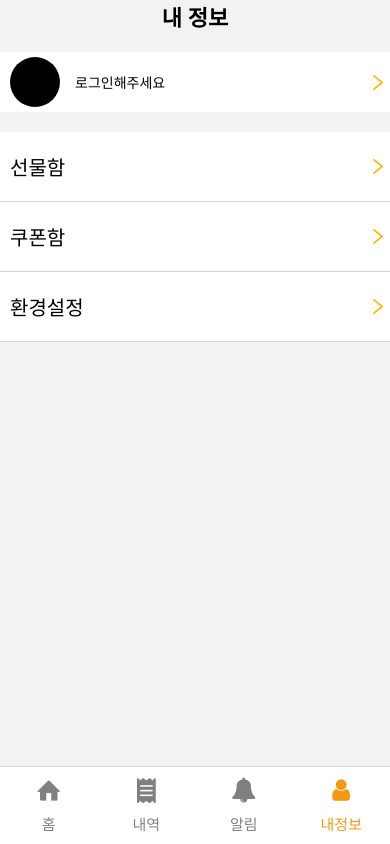
Repository: Unique0902/GachiDutch
Screen: /User
These files come from the project's save history. The screen is drawn as it stood at one moment and after the next save; the edit follows.
The app was drawn by React Native's web renderer in a window 390 px wide. The project was rebuilt for these pictures with package versions that can differ from the ones it lists, and the page was loaded fresh each time. Some packages were replaced by stand-ins written for this rebuild. Also part of the build but not shown: sources/components/lowBar/lowBar.jsx, sources/components/taxi/taxi.jsx, sources/components/alarm/alert.js, sources/components/alarm/alarm.jsx, sources/components/dutch_history/dutch_history.jsx, sources/components/dutchpay_historys/dutchpay_historys.jsx, sources/components/delivery_historys/delivery_historys.jsx, sources/components/taxi_historys/taxi_historys.jsx and 3 more.

Above is the screen before, as saved 2022-11-11 16:58:17.

### App.js
import React from 'react';
import { StyleSheet, Text, View, Image } from 'react-native';
import Home from './sources/components/home/home';
import { NavigationContainer } from '@react-navigation/native';
import { createNativeStackNavigator } from '@react-navigation/native-stack';
import Taxi from './sources/components/taxi/taxi';
import Main from './sources/routes/main/main';
import Login from './sources/routes/login/login';
import HttpClient from './sources/network/http.js';
import ReceiptService from './sources/services/receipt.js';
import Ready from './sources/components/ready/ready';

const Stack = createNativeStackNavigator();
const baseURL = 'https://dutch-server.herokuapp.com';
const httpClient = new HttpClient(baseURL);
const receiptService = new ReceiptService(baseURL);

export default function App() {
  return (
    <>
      <NavigationContainer>
        <Stack.Navigator screenOptions={{ headerShown: false }}>
          <Stack.Screen
            name='Main'
            children={({ navigation, route }) => (
              <Main
                receiptService={receiptService}
                navigation={navigation}
                route={route}
              />
            )}
          />
          <Stack.Screen name='Taxi' component={Taxi} />
          <Stack.Screen name='Login' component={Login} />
          <Stack.Screen name='Ready' component={Ready} />
        </Stack.Navigator>
      </NavigationContainer>
    </>
  );
}

const styles = StyleSheet.create({
  header: {
    flexDirection: 'row',
    alignItems: 'center',
    justifyContent: 'space-between',
    margin: 25,
  },
  main: {},
  container: {
    flex: 1,
    backgroundColor: '#fff',
    alignItems: 'center',
    justifyContent: 'center',
  },
  logo: {
    width: 150,
    height: 30,
  },
});

### sources/components/home/home.jsx
import React, { useRef, useState, useEffect } from 'react';
import {
  StyleSheet,
  Text,
  View,
  Image,
  Button,
  Pressable,
  ScrollView,
  Dimensions,
} from 'react-native';
import { Entypo } from '@expo/vector-icons';
import { FontAwesome } from '@expo/vector-icons';
import { FontAwesome5 } from '@expo/vector-icons';
import LowBar from '../lowBar/lowBar';
import { isLogin, getUid } from '../../services/asyncstorage';
import { StatusBar } from 'react-native';

const Home = ({ login, setLogin, navigation, setUserData, userData }) => {
  const [scrollNum, setScrollNum] = useState(1);
  const windowWidth = Dimensions.get('window').width;
  const statusBarHeight = StatusBar.currentHeight;
  const headerStyle = {
    marginTop: statusBarHeight,
  };
  let advertisementWidth = windowWidth - 40;
  const scrollWidth = parseInt(advertisementWidth);
  let scrollLeft = 0;

  const advertisementStyle = () => {
    return {
      width: advertisementWidth,
    };
  };
  const pageCircleStyle = (num) => {
    if (scrollNum === num) {
      return {
        color: '#FB9700',
      };
    } else {
      return {
        color: '#FFFDD1',
      };
    }
  };
  const scrollRef = useRef();
  return (
    <View style={[styles.home, headerStyle]}>
      <View style={styles.top}>
        <View style={styles.header}>
          <Image
            source={require('../../images/dutch_logo.png')}
            style={styles.logo}
          />
          <Pressable
            onPress={() => {
              navigation.navigate('Ready');
            }}
          >
            <Entypo name='menu' size={35} color='black' />
          </Pressable>
        </View>
        <View style={styles.mainTop}>
          {login ? (
            <View style={styles.onLogin}>
              <Text style={styles.onLoginText}>
                {userData && userData.name}님 반가워요!
              </Text>
            </View>
          ) : (
            <View style={styles.login}>
              <View style={styles.loginTop}>
                <Pressable
                  style={styles.loginBtn}
                  onPress={() =>
                    navigation.navigate('Login', { setLogin, setUserData })
                  }
                >
                  <Text style={[styles.loginText, styles.loginBtnText]}>
                    로그인
                  </Text>
                </Pressable>
                <Text style={styles.loginText}>하시고</Text>
              </View>
              <Text style={styles.loginText}>다양한 혜택을 만나 보세요!</Text>
            </View>
          )}
          <View style={styles.advertisementBox}>
            <ScrollView
              horizontal
              pagingEnabled
              contentContainerStyle={styles.advertisementScroll}
              ref={scrollRef}
              onScroll={(e) => {
                scrollLeft = parseInt(e.nativeEvent.contentOffset.x);
                if (scrollLeft % scrollWidth < 10) {
                  setScrollNum(parseInt(scrollLeft / scrollWidth + 1));
                }
              }}
              scrollEventThrottle={100}
              showsHorizontalScrollIndicator={false}
            >
              <Pressable
                style={[styles.advertisement, advertisementStyle()]}
                onPress={() => {
                  navigation.navigate('Ready');
                }}
              >
                <Image
                  source={require('../../images/advertisement_img.png')}
                  style={styles.advertisementImg}
                />
                <Text style={styles.advertisementText}>
                  같이 더치로{'\n'}편리하게 이용하세요
                </Text>
              </Pressable>
              <Pressable
                style={[styles.advertisement, advertisementStyle()]}
                onPress={() => {
                  navigation.navigate('Ready');
                }}
              >
                <Image
                  source={require('../../images/advertisement_img.png')}
                  style={styles.advertisementImg}
                />
                <Text style={styles.advertisementText}>
                  같이 더치로{'\n'}편리하게 이용하세요
                </Text>
              </Pressable>
              <Pressable
                style={[styles.advertisement, advertisementStyle()]}
                onPress={() => {
                  navigation.navigate('Ready');
                }}
              >
                <Image
                  source={require('../../images/advertisement_img.png')}
                  style={styles.advertisementImg}
                />
                <Text style={styles.advertisementText}>
                  같이 더치로{'\n'}편리하게 이용하세요
                </Text>
              </Pressable>
              <Pressable
                style={[styles.advertisement, advertisementStyle()]}
                onPress={() => {
                  navigation.navigate('Ready');
                }}
              >
                <Image
                  source={require('../../images/advertisement_img.png')}
                  style={styles.advertisementImg}
                />
                <Text style={styles.advertisementText}>
                  같이 더치로{'\n'}편리하게 이용하세요
                </Text>
              </Pressable>
            </ScrollView>
            <View style={styles.pageCircles}>
              <FontAwesome
                style={[styles.pageCircle, pageCircleStyle(1)]}
                name='circle'
                size={10}
                color='white'
              />
              <FontAwesome
                style={[styles.pageCircle, pageCircleStyle(2)]}
                name='circle'
                size={10}
                color='white'
              />
              <FontAwesome
                style={[styles.pageCircle, pageCircleStyle(3)]}
                name='circle'
                size={10}
                color='white'
              />
              <FontAwesome
                style={[styles.pageCircle, pageCircleStyle(4)]}
                name='circle'
                size={10}
                color='white'
              />
            </View>
          </View>
        </View>
      </View>
      <Pressable
        style={styles.event}
        onPress={() => {
          navigation.navigate('Ready');
        }}
      >
        <View>
          <Text style={[styles.eventText, { fontSize: 20 }]}>
            이벤트 {'   '}|
          </Text>
        </View>
        <Text style={[styles.eventText, { fontSize: 15, marginLeft: 20 }]}>
          같이더치 월 결제로 10% 할인받자!
        </Text>
        <Text style={[styles.eventText, { fontSize: 20, marginLeft: 20 }]}>
          {'>'}
        </Text>
      </Pressable>

      <View style={styles.mainBottom}>
        <View style={styles.categories}>
          <View style={styles.topBtns}>
            <View style={styles.btnShadow}>
              <Pressable
                style={styles.goodsBtn}
                onPress={() => {
                  if (login) {
                    navigation.navigate('Taxi', { userData });
                  } else {
                    navigation.navigate('Login', { setLogin, setUserData });
                  }
                }}
              >
                <Image
                  source={require('../../images/taxi_img.png')}
                  style={styles.taxiImg}
                />
                <Text style={[styles.goodText, { marginTop: 20 }]}>택시</Text>
              </Pressable>
            </View>
            <View style={styles.btnShadow}>
              <Pressable
                style={styles.goodsBtn}
                onPress={() => {
                  navigation.navigate('Ready');
                }}
              >
                <Image
                  source={require('../../images/delivery_img.png')}
                  style={styles.taxiImg}
                />
                <Text style={[styles.goodText, { marginTop: 20 }]}>배달</Text>
              </Pressable>
            </View>
          </View>
          <View style={styles.downBtns}>
            <View style={styles.btnShadow}>
              <Pressable
                style={styles.downGoodsBtn}
                onPress={() => {
                  navigation.navigate('Ready');
                }}
              >
                <Image
                  source={require('../../images/taxi_human_img.png')}
                  style={styles.peopleImg}
                />
                <Text
                  style={[styles.goodText, { marginRight: 20, marginLeft: 20 }]}
                >
                  지인끼리
                </Text>
                <Image
                  source={require('../../images/location_img.png')}
                  style={styles.peopleImg}
                />
              </Pressable>
            </View>
          </View>
        </View>
      </View>
    </View>
  );
};

export default Home;

const styles = StyleSheet.create({
  home: {
    flex: 1,
    flexDirection: 'column',
  },
  loginText: {
    paddingVertical: 5,
  },
  header: {
    flexDirection: 'row',
    alignItems: 'center',
    justifyContent: 'space-between',
    margin: 0,
    flex: 1,
  },
  mainTop: {
    flex: 6,
  },
  top: {
    flex: 6,
    padding: 20,
  },
  loginBtn: {},
  login: {
    flex: 2,
    marginTop: 15,
  },
  onLogin: {
    flex: 2,
    marginTop: 15,
  },
  onLoginText: {
    marginTop: 10,
    fontSize: 25,
    fontWeight: '600',
    color: '#444444',
  },
  loginTop: {
    flexDirection: 'row',
    alignItems: 'center',
  },
  loginText: {
    fontSize: 18,
    color: '#444444',
  },
  loginBtnText: {
    color: '#F39910',
    textDecorationLine: 'underline',
    textDecorationStyle: 'solid',
    textDecorationColor: '#000',
  },
  mainBottom: {
    flex: 6,
    padding: 15,
  },
  advertisementScroll: {
    borderRadius: 15,
    position: 'relative',
  },
  advertisementBox: {
    flex: 4,
  },
  advertisement: {
    backgroundColor: '#FBBA00',
    borderRadius: 15,
    position: 'relative',
  },
  advertisementText: {
    color: 'white',
    fontSize: 20,
    fontWeight: '800',
    marginLeft: 30,
    marginTop: 25,
  },
  advertisementImg: {
    width: '100%',
    height: '87%',
    position: 'absolute',
    borderRadius: 20,
    bottom: 0,
  },
  pageCircles: {
    flexDirection: 'row',
    position: 'absolute',
    alignItems: 'center',
    bottom: 4,
    left: 140,
  },
  pageCircle: {
    marginLeft: 3,
    marginRight: 3,
  },
  event: {
    flex: 1,
    backgroundColor: '#3C4451',
    flexDirection: 'row',
    justifyContent: 'center',
    alignItems: 'center',
  },
  categories: {
    flex: 1,
  },
  topBtns: {
    flexDirection: 'row',
    flex: 3,
  },
  downBtns: {
    flex: 2,
  },
  goodsBtn: {
    borderRadius: 20,
    backgroundColor: 'white',
    width: '100%',
    height: '100%',
    alignItems: 'center',
    justifyContent: 'center',
  },
  downGoodsBtn: {
    borderRadius: 20,
    backgroundColor: 'white',
    width: '100%',
    height: '100%',
    flexDirection: 'row',
    justifyContent: 'center',
    alignItems: 'center',
  },
  goodText: {
    fontSize: 20,
    fontWeight: '600',
  },
  btnShadow: {
    flex: 1,
    shadowOffset: {
      width: 0,
      height: 1,
    },
    shadowOpacity: 0.18,
    borderRadius: 20,
    shadowRadius: 1.0,
    elevation: 1,
    margin: 5,
  },
  eventText: {
    color: 'white',
  },
  taxiImg: {
    width: 90,
    height: 90,
  },
  peopleImg: {
    width: 60,
    height: 67,
  },
  logo: {
    width: 150,
    height: 30,
  },
});

### sources/routes/main/main.jsx
import React, { useEffect, useRef, useState } from 'react';
import { View, Button, Text } from 'react-native';
import Home from '../../components/home/home';
import LowBar from '../../components/lowBar/lowBar';
import User from '../../components/user/user';
import Alarm from '../../components/alarm/alarm';
import Receipt from '../../components/receipt/receipt';
import { createBottomTabNavigator } from '@react-navigation/bottom-tabs';
import { Entypo } from '@expo/vector-icons';
import { FontAwesome } from '@expo/vector-icons';
import { FontAwesome5 } from '@expo/vector-icons';
import { isLogin, matchUserData } from '../../services/asyncstorage';

const Tab = createBottomTabNavigator();

const Main = ({ receiptService, navigation, route }) => {
  const [login, setLogin] = useState(false);
  const [userData, setUserData] = useState(null);
  useEffect(() => {
    isLogin().then((result) => {
      if (result) {
        setLogin(true);
        console.log('로그인 되어있음!');
        matchUserData(setUserData);
      } else {
        setLogin(false);
        console.log('로그인 안되어있음!');
      }
    });
  }, [login]);
  return (
    <>
      <View style={{ flex: 14 }}>
        <Tab.Navigator
          screenOptions={({ route }) => ({
            tabBarIcon: ({ color, size }) => {
              if (route.name === 'Home') {
                return <Entypo name='home' size={size} color={color} />;
              } else if (route.name === 'Receipt') {
                return (
                  <FontAwesome5 name='receipt' size={size} color={color} />
                );
              } else if (route.name === 'Alarm') {
                return <FontAwesome name='bell' size={size} color={color} />;
              } else if (route.name === 'User') {
                return <FontAwesome name='user' size={size} color={color} />;
              }
            },
            tabBarStyle: { flex: 0.1 },
            tabBarLabelStyle: {
              fontSize: 15,
              marginBottom: 10,
              fontWeight: '500',
            },
            tabBarActiveTintColor: '#F49A11',
            tabBarInactiveTintColor: 'gray',
            headerShown: false,
          })}
        >
          <Tab.Screen
            name='Home'
            options={({ route, navigation }) => {
              return { tabBarLabel: '홈' };
            }}
            children={({ navigation }) => (
              <Home
                login={login}
                setLogin={setLogin}
                navigation={navigation}
                setUserData={setUserData}
                userData={userData}
              />
            )}
          />
          <Tab.Screen
            name='Receipt'
            options={({ route, navigation }) => {
              return { tabBarLabel: '내역' };
            }}
            children={({ navigation, route }) => (
              <Receipt
                login={login}
                navigation={navigation}
                receiptService={receiptService}
                userData={userData}
                route={route}
              />
            )}
          />
          <Tab.Screen
            options={({ route, navigation }) => {
              return { tabBarLabel: '알림' };
            }}
            name='Alarm'
            children={({ navigation }) => (
              <Alarm login={login} navigation={navigation} />
            )}
          />
          <Tab.Screen
            options={({ route, navigation }) => {
              return { tabBarLabel: '내정보' };
            }}
            name='User'
            children={({ navigation }) => (
              <User
                login={login}
                setLogin={setLogin}
                navigation={navigation}
                setUserData={setUserData}
                userData={userData}
              />
            )}
          />
        </Tab.Navigator>
      </View>
    </>
  );
};

export default Main;

### sources/network/http.js
export default class HttpClient {
  constructor(baseURL) {
    this.baseURL = baseURL;
  }

  async fetch(url, options) {
    const res = await fetch(`${this.baseURL}${url}`, {
      ...options,
      headers: {
        'Content-Type': 'application/json',
        ...options.headers,
      },
    });
    let data;
    try {
      data = await res.json();
    } catch (error) {
      console.error(error);
    }

    if (res.status > 299 || res.status < 200) {
      const message =
        data && data.message ? data.message : 'Something went wrong! 🤪';
      const error = new Error(message);
      throw error;
    }
    return data;
  }
}

### sources/services/receipt.js
export default class ReceiptService {
  constructor(http) {
    this.http = http;
  }

  getTexiHistorys = async (userId) => {
    return await fetch(`${this.http}/receipt/all/${userId}`, {
      method: 'GET',
    });
  };
}

### sources/services/asyncstorage.js
import AsyncStorage from '@react-native-async-storage/async-storage';

export const isLogin = async () => {
  try {
    const loginDatas = await AsyncStorage.getItem('loginDatas');
    console.log(loginDatas);
    if (loginDatas) {
      return true;
    } else {
      return false;
    }
  } catch (e) {
    console.error(e);
  }
};

export const logout = async () => {
  try {
    await AsyncStorage.removeItem('loginDatas');
  } catch (error) {
    console.error(error);
  }
};

export const getRefreshToken = async () => {
  try {
    const loginDatas = await AsyncStorage.getItem('loginDatas');
    if (loginDatas) {
      return JSON.parse(loginDatas).refreshToken;
    }
  } catch (e) {
    console.error(e);
  }
};

export const getUid = async () => {
  try {
    const loginDatas = await AsyncStorage.getItem('loginDatas');
    if (loginDatas) {
      return JSON.parse(loginDatas).uid;
    }
  } catch (e) {
    console.error(e);
  }
};

export const matchUserData = async (setUserData) => {
  try {
    const loginDatas = await AsyncStorage.getItem('loginDatas');
    if (loginDatas) {
      return setUserData(JSON.parse(loginDatas));
    }
  } catch (e) {
    console.error(e);
  }
};

### sources/components/user/user.jsx
import React, { useEffect, useRef, useState } from 'react';
import { StatusBar } from 'react-native';
import {
  StyleSheet,
  Text,
  View,
  Pressable,
  ScrollView,
  Image,
} from 'react-native';
import { AntDesign } from '@expo/vector-icons';
import { isLogin, logout } from '../../services/asyncstorage';

export default function User({
  login,
  setLogin,
  navigation,
  setUserData,
  userData,
}) {
  const statusBarHeight = StatusBar.currentHeight;
  const headerStyle = {
    marginTop: statusBarHeight,
  };
  const onProfilePress = () => {
    console.log('profile pressed');
  };
  const onProfileInfoPress = () => {
    if (login) {
    } else {
      navigation.navigate('Login', { setLogin: setLogin });
    }
  };
  useEffect(() => {
    console.log(login);
  }, []);
  return (
    <View style={styles.container}>
      <View>
        <Text style={[styles.header, headerStyle]}>내 정보</Text>
      </View>
      <View>
        <Pressable style={styles.profileBtn}>
          <Pressable onPress={onProfilePress}>
            <Image style={styles.profileImage} />
          </Pressable>
          <View style={styles.profileName}>
            {login ? (
              <>
                <Text style={styles.nameText}>{userData && userData.name}</Text>
              </>
            ) : (
              <>
                <Text>로그인해주세요</Text>
              </>
            )}
          </View>
          <AntDesign style={styles.enter} name='right' size={20} />
        </Pressable>
        {/* <Pressable
          style={{
            flexDirection: 'column',
            alignItems: 'flex-end',
            marginBottom: 15,
          }}
        >
          <View style={{ flexDirection: 'row' }}>
            <Text>*** </Text>
            <Text>Point</Text>
            <AntDesign name='right' size={24} color='black' />
          </View>
        </Pressable> */}
      </View>

      <View style={styles.menus}>
        {/* <Pressable style={styles.enterMenu}>
          <Text style={styles.menuText}>주문내역</Text>
          <AntDesign name='right' size={24} color='black' />
        </Pressable> */}
        <Pressable style={styles.enterMenu}>
          <Text style={styles.menuText}>선물함</Text>
          <AntDesign style={styles.enter} name='right' size={20} />
        </Pressable>
        <Pressable style={styles.enterMenu}>
          <Text style={styles.menuText}>쿠폰함</Text>
          <AntDesign style={styles.enter} name='right' size={20} />
        </Pressable>
        <Pressable style={styles.enterMenu}>
          <Text style={styles.menuText}>환경설정</Text>
          <AntDesign style={styles.enter} name='right' size={20} />
        </Pressable>
        {login && (
          <Pressable style={styles.logoutBtn}>
            <Text
              style={styles.logoutText}
              onPress={() => {
                logout().then(() => {
                  setLogin(false);
                  console.log('로그아웃됨!');
                  setUserData(null);
                  navigation.navigate('Main', { screen: 'Home' });
                });
              }}
            >
              로그아웃
            </Text>
          </Pressable>
        )}
      </View>
    </View>
    //내정보
  );
}

const styles = StyleSheet.create({
  container: {
    flex: 1,
  },
  header: {
    fontSize: 22,
    fontWeight: '600',
    alignSelf: 'center',
  },
  enterMenu: {
    justifyContent: 'space-between',
    alignItems: 'center',
    flexDirection: 'row',
    padding: 20,
    paddingHorizontal: 10,
    borderBottomColor: 'lightgray',
    borderBottomWidth: 1,
    borderStyle: 'solid',
  },
  menus: {
    backgroundColor: 'white',
    marginTop: 20,
  },
  menuText: {
    fontSize: 20,
    fontWeight: '500',
  },
  nameText: {
    fontSize: 20,
    fontWeight: '600',
  },
  profileImage: {
    width: 50,
    height: 50,
    borderRadius: 100,
    backgroundColor: 'black',
  },
  infoArea: {
    flexDirection: 'column',
  },
  infoText: {
    fontSize: 24,
    fontWeight: '500',
  },
  profileBtn: {
    marginTop: 20,
    padding: 5,
    paddingHorizontal: 10,
    flexDirection: 'row',
    alignItems: 'center',
    backgroundColor: 'white',
  },
  logoutText: {
    fontSize: 20,
    fontWeight: '500',
    color: 'red',
  },
  profileName: {
    marginLeft: 15,
  },
  enter: {
    position: 'absolute',
    right: 2,
    color: '#FBBA00',
  },
});

Loaded but not shown: index.js (common file)

After the next save:
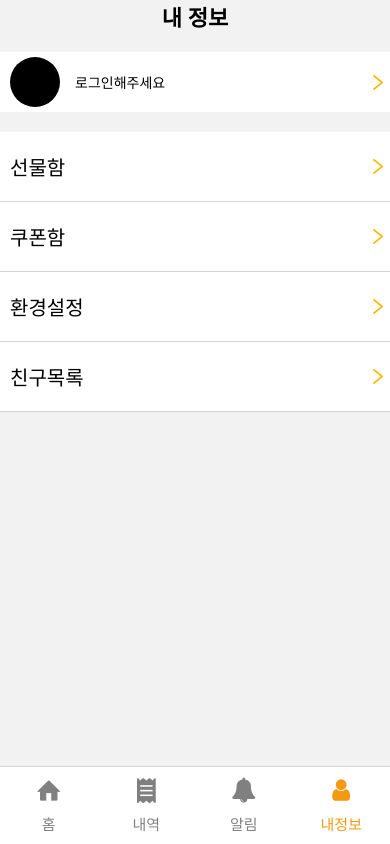
Saved 44 s later.
--- a/sources/components/user/user.jsx
+++ b/sources/components/user/user.jsx
@@ -89,6 +89,10 @@ export default function User({
           <Text style={styles.menuText}>환경설정</Text>
           <AntDesign style={styles.enter} name='right' size={20} />
         </Pressable>
+        <Pressable style={styles.enterMenu}>
+          <Text style={styles.menuText}>친구목록</Text>
+          <AntDesign style={styles.enter} name='right' size={20} />
+        </Pressable>
         {login && (
           <Pressable style={styles.logoutBtn}>
             <Text
